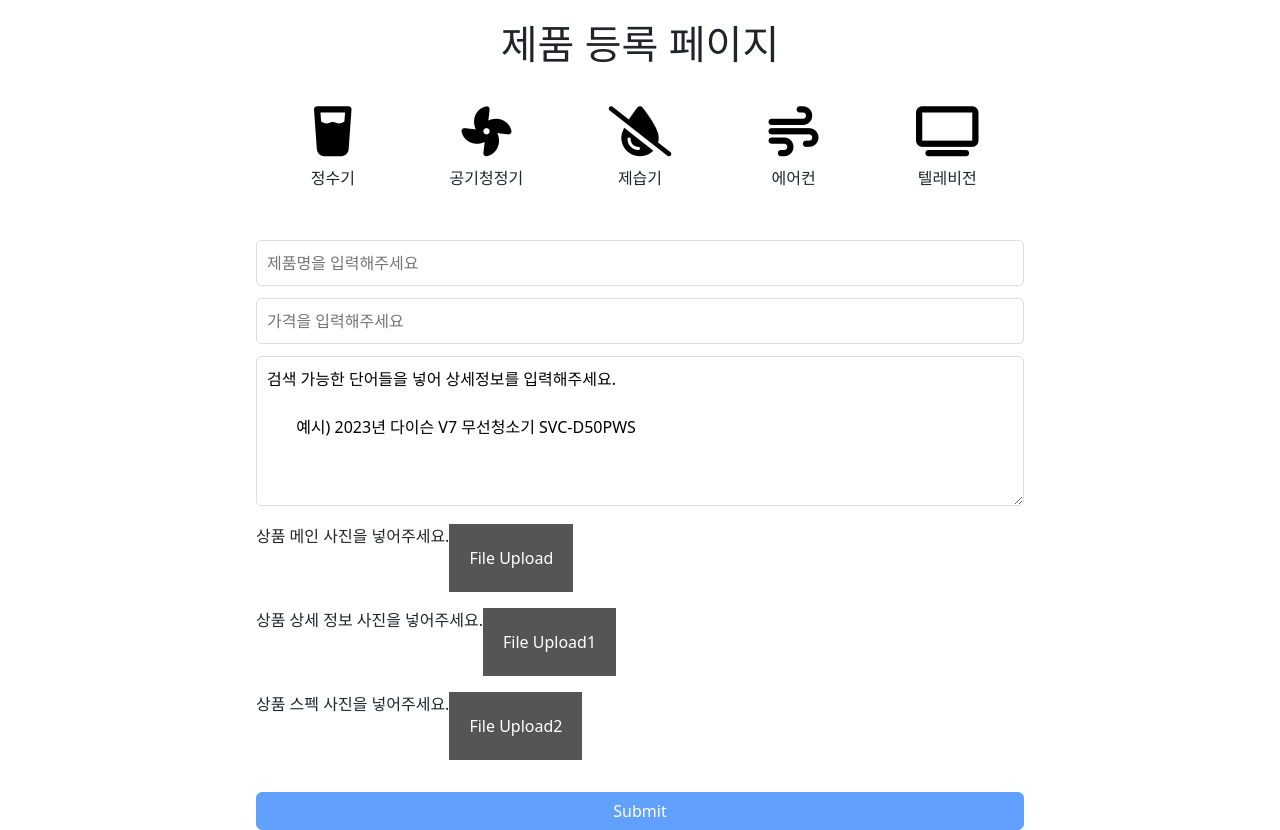
Repository: bbqju13/52si
Page: http://localhost/spring/WEB-INF/views/product/register.jsp
The author's editor kept a copy of each file at every save. The page is drawn from the files as they stood at one save, then again after the next save.
The browser window is 1280 px wide. The pictures show the whole page.
Some web libraries are served in a nearby version. The page is served by Tomcat 9. Nobody is signed in. The template is opened directly, without the code that normally fills it, so the values that code supplies are empty.

Above is the page before, as saved 2023-07-28 05:34:43.

After the next save:
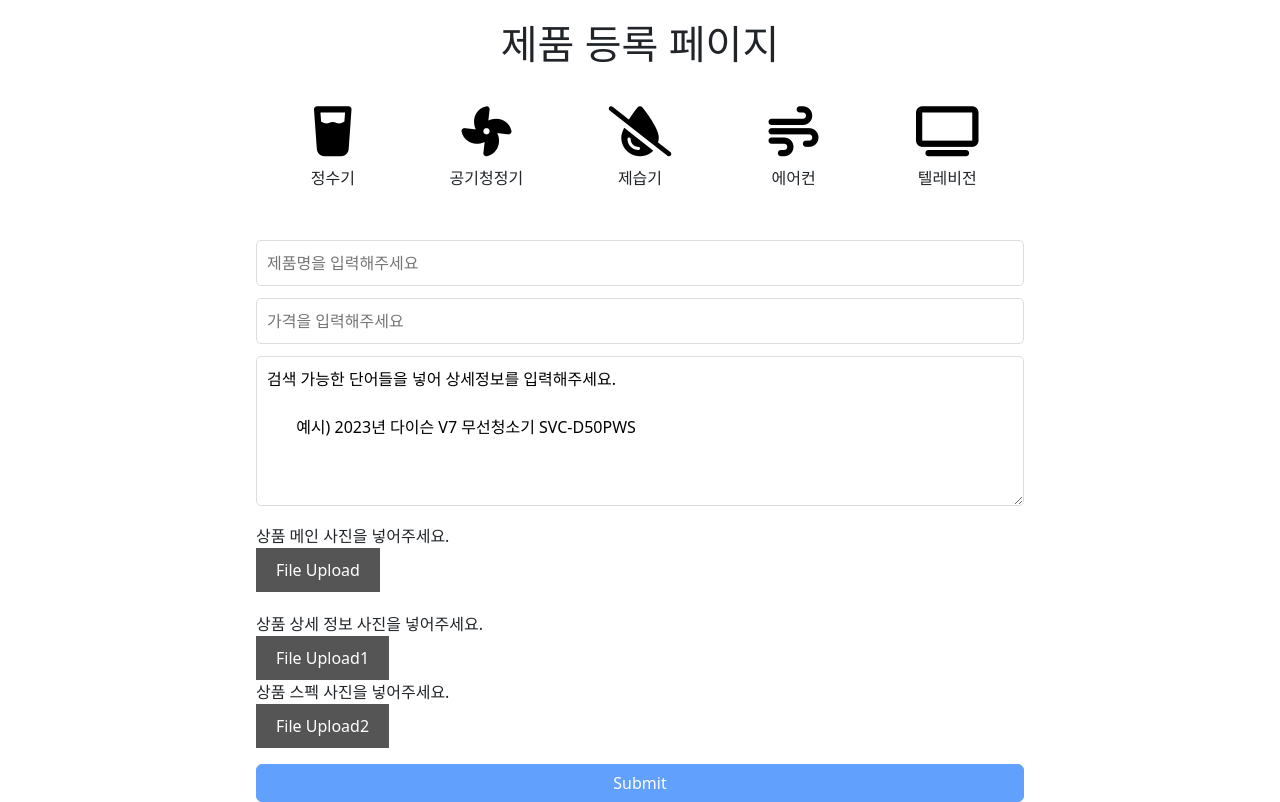
Saved 44 s later.
--- a/spring/src/main/webapp/resources/css/product/register.css
+++ b/spring/src/main/webapp/resources/css/product/register.css
@@ -106,9 +106,3 @@ button:hover {
 #regBtn {
 	margin-top: 16px;
 }
-
-.fileDiv {
-	display: flex;
-	margin-bottom: 1rem;
-	height: 68px;
-}
